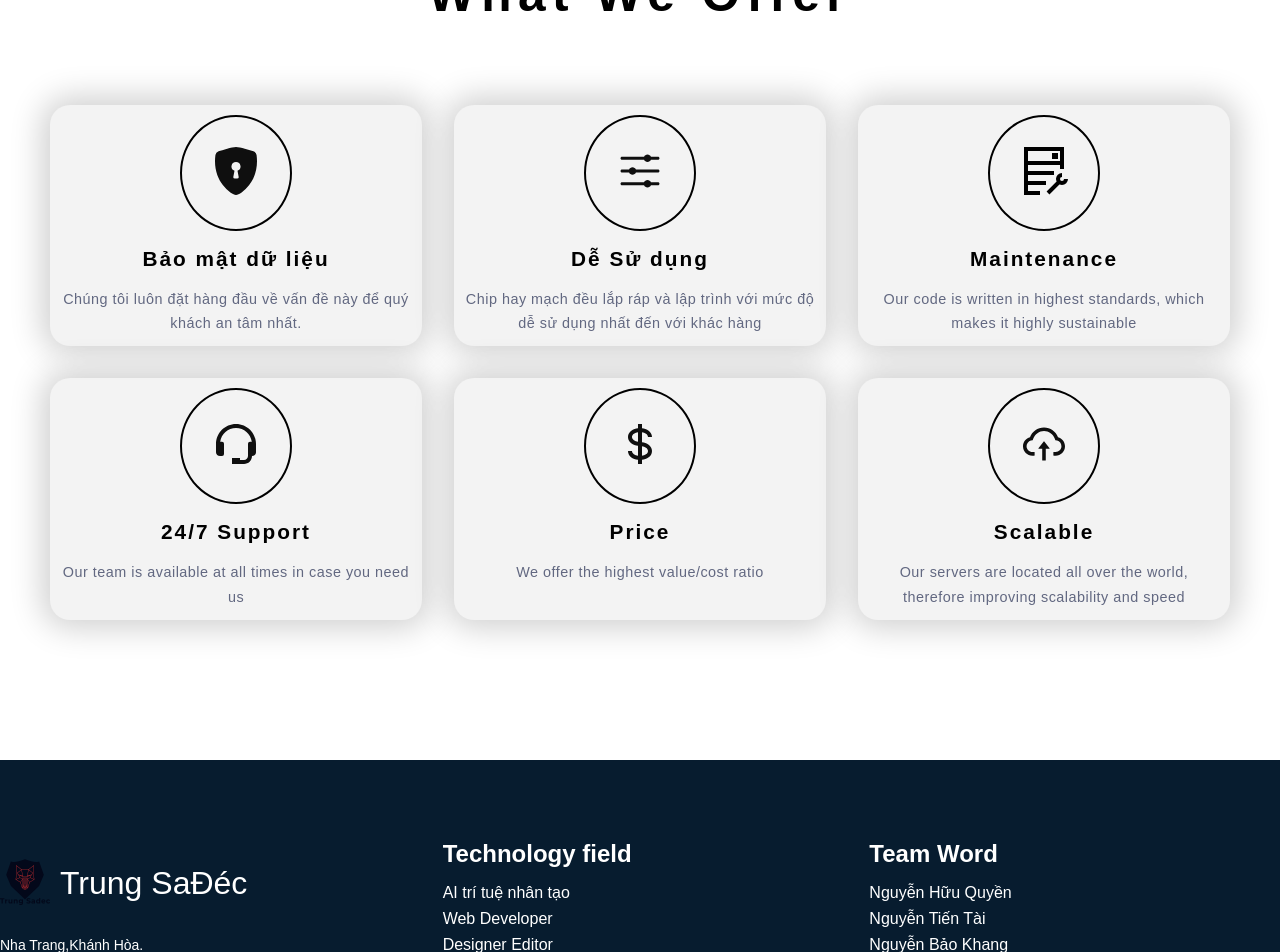
Repository: fdhhhdjd/Profile-Gift-B_H_Q_Trung
Page: /
The author's editor kept a copy of each file at every save. The page is drawn from the files as they stood at one save, then again after the next save.
The browser window is 1280 px wide. The pictures show the part of the page from y = 892 to 1844 px (the page is 2018 px tall before and 2043 px after).
The project was rebuilt for these pictures with package versions that can differ from the ones it lists, and the page was loaded fresh each time. Also part of the build but not shown: src/App.css, src/Styles/PricingStyles.js, src/Data/PricingData.js, src/Pages/PricingPage.js. Imported but missing from the stored project, and not drawn on this page: src/Pages/SignUpPage.

Above is the page before, as saved 2021-10-29 09:07:28.

### src/App.js
import logo from "./logo.svg";
import "./App.css";
import { BrowserRouter as Router, Switch, Route } from "react-router-dom";
import {
  Home,
  Navbar,
  GlobalStyles,
  PricingPage,
  Footer,
} from "./Imports/Index";
function App() {
  return (
    <>
      <Router>
        <GlobalStyles />
        <Navbar />
        <Switch>
          <Route path="/" exact component={Home} />
          <Route path="/pricing" exact component={PricingPage} />
        </Switch>
        <Footer />
      </Router>
    </>
  );
}

export default App;

### src/Imports/Index.js
export { default as Home } from "../Pages/Home";
export { default as PricingPage } from "../Pages/PricingPage";
export { default as SignUpPage } from "../Pages/SignUpPage";
export { default as Navbar } from "../Components/Navbar";
export { default as GlobalStyles } from "../Styles/GlobalStyles";
export { default as Hero } from "../Components/Hero";
export { default as Footer } from "../Pages/Footer";

### src/Pages/Home.js
import React from "react";
import { Hero } from "../Imports/Index";
import FeaturesData from "../Components/FeaturesData";
const Home = () => {
  return (
    <>
      <Hero />
      <FeaturesData />
    </>
  );
};

export default Home;

### src/Components/Navbar.js
import React, { useState } from "react";
import { data } from "../Data/NavbarData";
import { FaRProject, FaTimes } from "react-icons/fa";
import { CgMenuRight } from "react-icons/cg";
import { IconContext } from "react-icons";
import { useLocation, useHistory } from "react-router-dom";
import {
  Nav,
  NavbarContainer,
  NavIcon,
  NavLogo,
  MobileIcon,
  NavMenu,
  NavItem,
  NavLinks,
} from "../Styles/NavbarStyles";
const Navbar = () => {
  const [show, setShow] = useState(false);
  let history = useHistory();
  let location = useLocation();
  const handleClick = () => {
    setShow(!show);
  };
  const scrollTo = (id) => {
    const element = document.getElementById(id);

    element.scrollIntoView({
      behavior: "smooth",
    });
  };
  const closeMobileMenu = (to, id) => {
    if (id && location.pathname === "/") {
      scrollTo(id);
    }

    history.push(to);
    setShow(false);
  };

  return (
    <>
      <IconContext.Provider value={{ color: "#fff" }}>
        <Nav>
          <NavbarContainer>
            <NavLogo to="/">
              <NavIcon src="./assets/logo2.png" alt="logo" />
              Trung&nbsp;SaĐéc
            </NavLogo>
            <MobileIcon onClick={handleClick}>
              {show ? <FaTimes /> : <CgMenuRight />}
            </MobileIcon>
            <NavMenu show={show}>
              {data.map((el, index) => (
                <NavItem key={index}>
                  <NavLinks onClick={() => closeMobileMenu(el.to, el.id)}>
                    {el.title}
                  </NavLinks>
                </NavItem>
              ))}
            </NavMenu>
          </NavbarContainer>
        </Nav>
      </IconContext.Provider>
    </>
  );
};

export default Navbar;

### src/Components/Hero.js
import React, { useEffect, useRef } from "react";
import { Button, Container, MainHeading } from "../Styles/GlobalStyles";
import {
  HeroVideo,
  HeroSection,
  HeroText,
  ButtonWrapper,
  HeroButton,
  CardB,
  ContactHero,
} from "../Styles/HeroStyles";
import { Typewriter } from "react-simple-typewriter";
import { Link } from "react-router-dom";
const Hero = () => {
  return (
    <>
      <HeroSection>
        <HeroVideo src="./assets/hero.mp4" autoPlay loop />
        <Container>
          <MainHeading>
            Hi,
            <CardB>
              <Typewriter
                loop
                cursor
                cursorStyle={"_"}
                pauseFor={1000}
                delaySpeed={3000}
                color="red"
                deleteSpeed={100}
                words={["I'm Bùi Huỳnh Quốc Trung "]}
              />
            </CardB>
          </MainHeading>
          <HeroText>
            Tôi,chuyên kiểm thử chip và làm vi mạch thiết bị điện tử tự động.
          </HeroText>
          <ButtonWrapper>
            <Link to="signup">
              <Button>Liên Hệ Ngay</Button>
            </Link>
            <a href="tel:0798805741">
              <HeroButton>Gọi Ngay</HeroButton>
            </a>
          </ButtonWrapper>
        </Container>
      </HeroSection>
    </>
  );
};

export default Hero;

### src/Pages/Footer.js
import React from "react";
import {
  FooterLinkItems,
  FooterLinkTitle,
  FooterLink,
  FooterLogo,
  SocialIcon,
  FooterRights,
  FooterSocialIcon,
  FooterWrapper,
  FooterAddress,
  FooterColumn,
  FooterGrid,
} from "../Styles/FooterStyles";
import { footerData, footerSocialData } from "../Data/FooterData";
import { Row, Section } from "../Styles/GlobalStyles";

function Footer() {
  return (
    <Section padding="4rem 0 2rem 0">
      <FooterWrapper>
        <FooterGrid justify="space-between">
          <FooterColumn id="footerLogo">
            <FooterLogo to="/">
              <SocialIcon src="./assets/logo1.png" />
              Trung SaĐéc
            </FooterLogo>
            <FooterAddress>Nha Trang,Khánh Hòa.</FooterAddress>

            <Row align="center" margin="auto  0 0 0" gap="1rem">
              {footerSocialData.map((social, index) => (
                <FooterSocialIcon
                  key={index}
                  href={social.href}
                  target="_blank"
                  aria-label={social.name}
                >
                  {social.icon}
                </FooterSocialIcon>
              ))}
            </Row>
          </FooterColumn>
          {footerData.map((footerItem, index) => (
            <FooterLinkItems key={index}>
              <FooterLinkTitle>{footerItem.title}</FooterLinkTitle>
              {footerItem.links.map((link, linkIndex) => (
                <FooterLink key={linkIndex} href={link.href} target="_blank">
                  {link.name}
                </FooterLink>
              ))}
            </FooterLinkItems>
          ))}
        </FooterGrid>
        <FooterRights>
          Build React Website by Tai Heo Dev Web © 2021
        </FooterRights>
      </FooterWrapper>
    </Section>
  );
}

export default Footer;

### src/Components/FeaturesData.js
import React from "react";
import { Section, Container } from "../Styles/GlobalStyles";
import {
  FeatureText,
  FeatureTitle,
  FeatureWrapper,
  FeatureColumn,
  FeatureImageWrapper,
  FeatureName,
  FeatureTextWrapper,
} from "../Styles/FeaturesStyles";
import { featuresData } from "../Data/FeaturesData";
const FeaturesData = () => {
  const initial = {
    y: 40,
    opacity: 0,
  };
  const animate = {
    y: 0,
    opacity: 1,
  };

  return (
    <>
      <Section smPadding="50px 10px" position="relative" inverse id="about">
        <Container>
          <FeatureTextWrapper>
            <FeatureTitle>What We Offer</FeatureTitle>
          </FeatureTextWrapper>
          <FeatureWrapper>
            {featuresData.map((el, index) => (
              <>
                <FeatureColumn
                  initial={initial}
                  animate={animate}
                  transition={{ duration: 0.5 + index * 0.1 }}
                  key={index}
                >
                  <FeatureImageWrapper className={el.imgClass}>
                    {el.icon}
                  </FeatureImageWrapper>
                  <FeatureName>{el.name}</FeatureName>
                  <FeatureText>{el.description}</FeatureText>
                </FeatureColumn>
              </>
            ))}
          </FeatureWrapper>
        </Container>
      </Section>
    </>
  );
};

export default FeaturesData;

### src/Data/NavbarData.js
export const data = [
  {
    to: "/",
    title: "About",
    id: "about",
  },
  {
    to: "/signup",
    title: "Contact",
  },
  {
    to: "/pricing",
    title: "Pricing",
  },
];

### src/Styles/NavbarStyles.js
import styled from "styled-components";
import { Container } from "../Styles/GlobalStyles";
import { Link } from "react-router-dom";
export const Nav = styled.nav`
  background: transparent;
  margin-bottom: -80px;
  height: 80px;
  display: flex;
  justify-content: center;
  align-items: center;
  font-size: 1.2rem;
  position: absolute;
  top: 0;
  z-index: 50;
  width: 100%;

  transition: background-color 0.3s ease-in;
`;

export const NavbarContainer = styled(Container)`
  display: flex;
  justify-content: start;
  height: 80px;

  ${Container}
`;

export const NavLogo = styled(Link)`
  color: #fff;
  justify-self: flex-start;
  cursor: pointer;
  text-decoration: none;
  font-size: 2rem;
  display: flex;
  align-items: center;
  z-index: 50;
`;

export const NavIcon = styled.img`
  margin-right: 0, 5rem;
  width: 5rem;
`;

export const MobileIcon = styled.div`
  display: none;
  z-index: 50;

  @media screen and (max-width: 960px) {
    display: block;
    position: absolute;
    top: 0;
    right: 0;
    transform: translate(-100%, 60%);
    font-size: 1.8rem;
    cursor: pointer;
  }
`;

export const NavMenu = styled.ul`
  display: flex;
  align-items: center;
  list-style: none;
  text-align: center;
  width: 100%;

  @media screen and (max-width: 960px) {
    flex-direction: column;
    width: 100%;
    height: 100vh;
    position: fixed;
    padding-top: 30%;
    top: 0;
    left: 0;
    opacity: ${({ show }) => (show ? 1 : 0)};
    visibility: ${({ show }) => (show ? "visible" : "hidden")};
    transform: translateY(${({ show }) => (show ? "0" : "-10px")});
    transition: opacity 0.5s ease;
    background-color: #071c2f;
  }

  > li:first-child {
    margin-left: auto;
  }
`;

export const NavItem = styled.li`
  height: 80px;
  cursor: pointer;

  @media screen and (max-width: 960px) {
    width: 100%;

    &:hover {
      border: none;
    }
  }
`;

export const NavLinks = styled.span`
  color: #fff;
  display: flex;
  align-items: center;
  text-decoration: none;
  padding: 0.5rem 1rem;
  height: 100%;

  &:hover {
    color: #c8c9d8;
    transition: all 0.3s ease;
  }

  @media screen and (max-width: 960px) {
    text-align: center;
    padding: 2rem;
    width: 100%;
    display: table;

    &:hover {
      color: #4b59f7;
      transition: all 0.3s ease;
    }
  }
`;

export const NavBtnLink = styled(Link)`
  display: flex;
  justify-content: center;
  align-items: center;
  text-decoration: none;
  padding: 8px 16px;
  height: 100%;
  width: 100%;
  border: none;
  outline: none;
`;

### src/Styles/HeroStyles.js
import styled from "styled-components";
import { Button } from "../Styles/GlobalStyles";

export const HeroSection = styled.section`
  height: 100vh;
  background-position: center;
  background-size: cover;
  padding-top: clamp(70px, 25vh, 220px);
  box-shadow: inset 0 0 0 1000px rgba (0, 0, 0, 0.2);
`;

export const HeroVideo = styled.video`
  object-fit: cover;
  width: 100%;
  height: 100%;
  background: linear-gradient(to right, rgba(0, 0, 0, 0.7), rgba(0, 0, 0, 0.1));
  top: 0;
  position: absolute;
  z-index: -1;
`;

export const HeroText = styled.p`
  margin-bottom: 35px;
  font-size: clamp(0.9rem, 1.5vw, 1.3rem);
  line-height: 24px;
  text-align: center;
  letter-spacing: 2px;
  color: #fff;
`;

export const ButtonWrapper = styled.div`
  width: 100%;
  display: flex;
  justify-content: center;
  flex-flow: wrap;
  gap: 0.5rem;
`;

export const HeroButton = styled(Button)`
  color: black;

  &:before {
    background: #fff;
    height: 500%;
  }

  &:hover:before {
    height: 0%;
  }

  &:hover {
    color: white;
  }
`;
export const CardB = styled.b`
  color: blue;
`;
export const ContactHero = styled.b`
  width: 15px;
  height: 15px;
`;

### src/Data/FooterData.js
import React from "react";
import {
  FaFacebook,
  FaInstagram,
  FaYoutube,
  FaTwitter,
  FaLinkedin,
} from "react-icons/fa";

const iconStyle = (Icon) => <Icon />;

export const footerSocialData = [
  {
    name: "Facebook",
    href: "https://www.facebook.com/profile.php?id=100009136510942",
    icon: iconStyle(FaFacebook),
  },
  {
    name: "Instagram",
    href: "https://www.instagram.com/quoc_trung14/",
    icon: iconStyle(FaInstagram),
  },
  {
    name: "Email",
    href: "mailto:buihuynhquoctrung@gmail.com",
    icon: iconStyle(FaYoutube),
  },
  {
    name: "Zalo",
    href: "tel:0348561815",
    icon: iconStyle(FaTwitter),
  },
  {
    name: "Phone",
    href: "tel:0348561815",
    icon: iconStyle(FaLinkedin),
  },
];

export const footerData = [
  {
    title: "Technology field",
    links: [
      {
        name: "AI trí tuệ nhân tạo",
        href: "https://www.facebook.com/jonhny.nguyen.184",
      },
      {
        name: "Web Developer",
        href: "https://profile-forme.surge.sh/",
      },
      {
        name: "Designer Editor",
        href: "https://khang-designer.surge.sh//",
      },
      {
        name: "C#,kinh doanh bất động sản",
        href: "http://hoangpc.surge.sh/",
      },
      {
        name: "Vi mạch và chíp sử lý",
        href: "https://www.facebook.com/profile.php?id=100009136510942",
      },
    ],
  },
  {
    title: "Team Word",
    links: [
      {
        name: "Nguyễn Hữu Quyền",
        href: "https://www.facebook.com/jonhny.nguyen.184",
        title: "AI trí tuệ nhân tạo",
      },
      {
        name: "Nguyễn Tiến Tài",
        href: "https://www.facebook.com/profile.php?id=100006139249437",
      },
      {
        name: "Nguyễn Bảo Khang",
        href: "https://www.facebook.com/khanhgiangg102",
      },
      {
        name: "Trần Phi Hoàng",
        href: "https://www.facebook.com/hoang.p.tran.12",
      },
      {
        name: "Bùi Huỳnh Quốc Trung",
        href: "https://www.facebook.com/profile.php?id=100009136510942",
      },
    ],
  },
];

### src/Styles/FeaturesStyles.js
import styled from "styled-components";

export const FeatureTitle = styled.h2`
  text-align: center;
  font-size: clamp(1.3rem, 13vw, 3.1rem);
  line-height: 1.06;
  letter-spacing: 0.4rem;
  margin: auto;
`;

export const FeatureTextWrapper = styled.div`
  position: relative;
  padding: 0 0 20px;
  margin-bottom: 4rem;
`;

export const FeatureWrapper = styled.div`
  display: grid;
  grid-template-columns: repeat(3, 1fr);
  margin-top: 4rem;
  grid-gap: 2rem;

  @media screen and (max-width: 1100px) {
    grid-template-columns: repeat(2, 1fr);
    grid-row-gap: 3rem;
  }

  @media screen and (max-width: 568px) {
    grid-template-columns: repeat(1, 1fr);
  }
`;

export const FeatureColumn = styled.div`
  display: flex;
  flex-flow: column;
  justify-content: center;
  align-items: center;
  background: #f3f3f3;
  padding: 10px;
  box-shadow: 0 0 32px 8px #d0d0d0;
  border-radius: 20px;
`;

export const FeatureImageWrapper = styled.div`
  margin-bottom: 1rem;
  border-radius: 50%;
  border: 2px solid #000;

  padding: 30px;
`;
export const FeatureName = styled.h3`
  font-weight: 600;
  font-size: 1.3rem;
  letter-spacing: 2px;

  @media screen and (max-width: 768px) {
    font-weight: 400;
    font-size: 1rem;
    letter-spacing: 1.3px;
  }
`;
export const FeatureText = styled.p`
  margin: 1rem 0 auto;
  text-align: center;
  font-size: 0.9rem;
  line-height: 1.73;
  letter-spacing: 0.5px;
  color: #626881;

  @media screen and (max-width: 768px) {
    display: none;
  }
`;

### src/Data/FeaturesData.js
import React from "react";

import { BsFillShieldLockFill } from "react-icons/bs";
import { IoIosOptions } from "react-icons/io";
import { AiOutlineCloudUpload } from "react-icons/ai";
import { BiSupport, BiDollar } from "react-icons/bi";
import { GrHostMaintenance } from "react-icons/gr";
const iconStyle = (Icon) => <Icon size="3rem" color="#0f0f0f" />;

export const featuresData = [
  {
    name: "Bảo mật dữ liệu",
    description:
      "Chúng tôi luôn đặt hàng đầu về vấn đề này để quý khách an tâm nhất.",
    icon: iconStyle(BsFillShieldLockFill),
    imgClass: "one",
  },
  {
    name: "Dễ Sử dụng",
    description:
      "Chip hay mạch đều lắp ráp và lập trình với mức độ dễ sử dụng nhất đến với khác hàng ",
    icon: iconStyle(IoIosOptions),
    imgClass: "two",
  },
  {
    name: "Maintenance",
    description:
      "Our code is written in highest standards, which makes it highly sustainable",
    icon: iconStyle(GrHostMaintenance),
    imgClass: "three",
  },
  {
    name: "24/7 Support",
    description: "Our team is available at all times in case you need us",
    icon: iconStyle(BiSupport),
    imgClass: "four",
  },
  {
    name: "Price",
    description: "We offer the highest value/cost ratio",
    icon: iconStyle(BiDollar),
    imgClass: "five",
  },
  {
    name: "Scalable",
    description:
      "Our servers are located all over the world, therefore improving scalability and speed ",
    icon: iconStyle(AiOutlineCloudUpload),
    imgClass: "six",
  },
];

Loaded but not shown: public/index.html (common file); src/index.js (common file); src/index.css (common file); src/reportWebVitals.js (common file); src/Styles/GlobalStyles.js (140 lines, source omitted); src/Styles/FooterStyles.js (161 lines, source omitted)

After the next save:
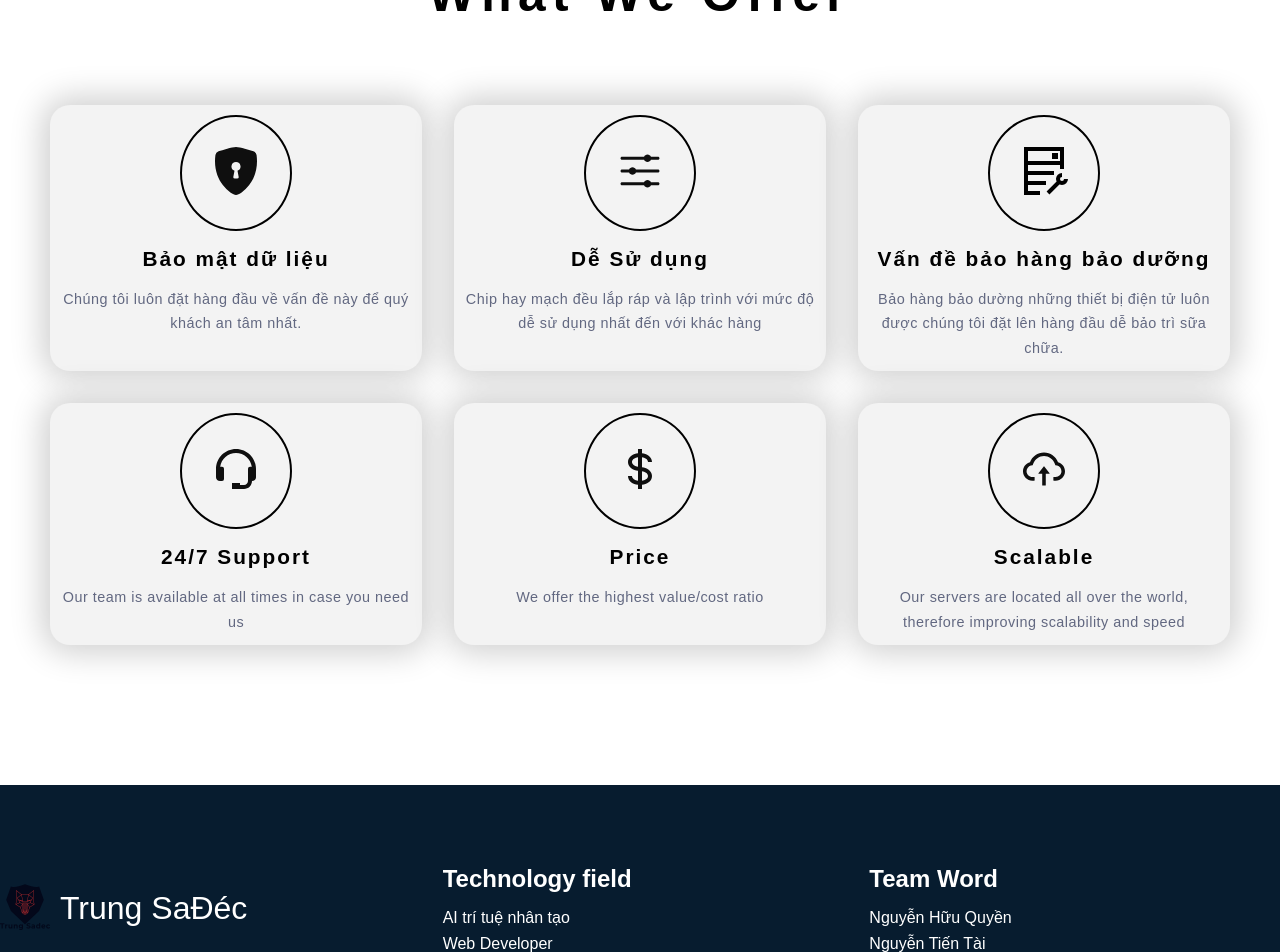
Saved 40 s later.
--- a/src/Data/FeaturesData.js
+++ b/src/Data/FeaturesData.js
@@ -23,9 +23,9 @@
     imgClass: "two",
   },
   {
-    name: "Maintenance",
+    name: "Vấn đề bảo hàng bảo dưỡng",
     description:
-      "Our code is written in highest standards, which makes it highly sustainable",
+      "Bảo hàng bảo dường những thiết bị điện tử luôn được chúng tôi đặt lên hàng đầu dễ bảo trì sữa chữa.",
     icon: iconStyle(GrHostMaintenance),
     imgClass: "three",
   },

After the save that followed:
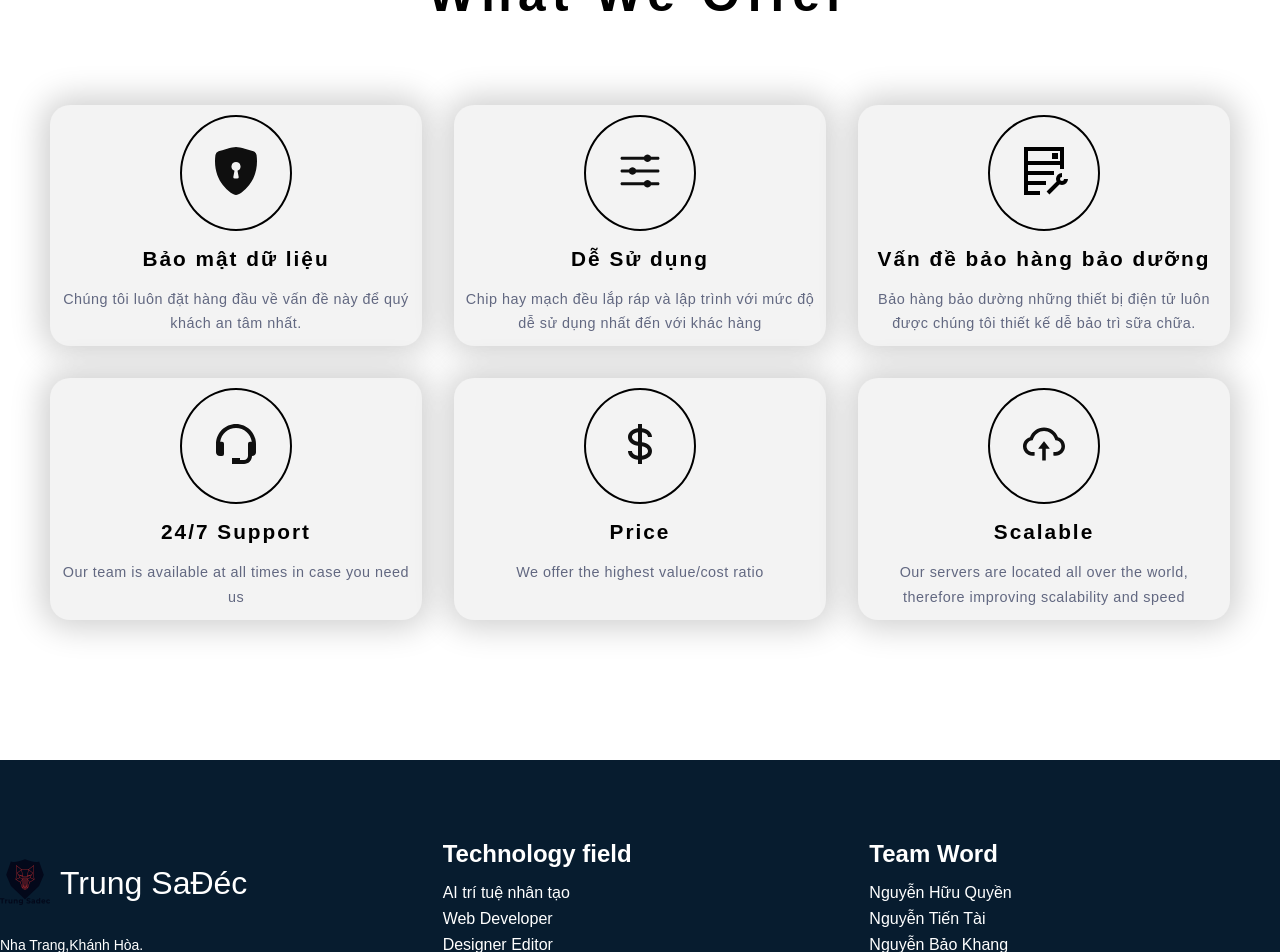
Saved 40 s later.
--- a/src/Data/FeaturesData.js
+++ b/src/Data/FeaturesData.js
@@ -25,7 +25,7 @@
   {
     name: "Vấn đề bảo hàng bảo dưỡng",
     description:
-      "Bảo hàng bảo dường những thiết bị điện tử luôn được chúng tôi đặt lên hàng đầu dễ bảo trì sữa chữa.",
+      "Bảo hàng bảo dường những thiết bị điện tử luôn được chúng tôi thiết kế dễ bảo trì sữa chữa.",
     icon: iconStyle(GrHostMaintenance),
     imgClass: "three",
   },
